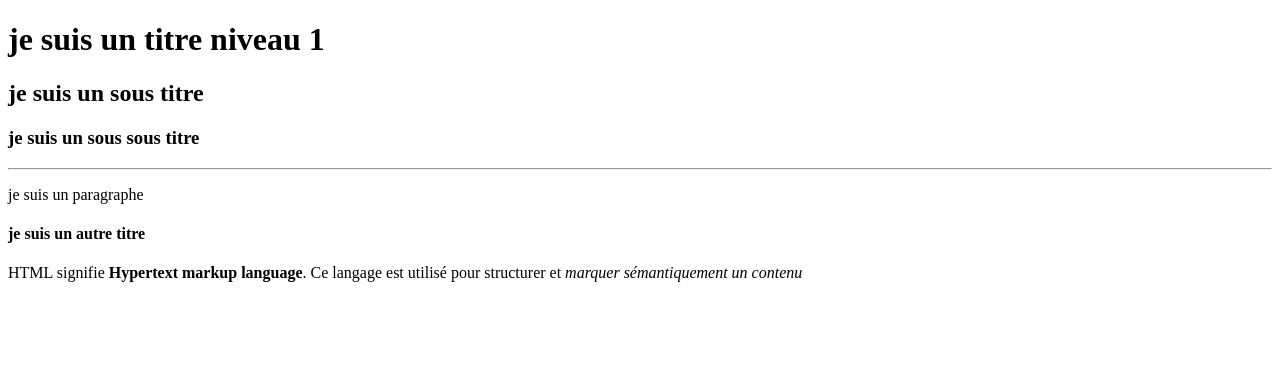
Repository: serviceshuios/Git-Aix-Web
Page: bases-html/WebContent/index.html
The author's editor kept a copy of each file at every save. The page is drawn from the files as they stood at one save, then again after the next save.
The browser window is 1280 px wide. The pictures show the whole page.

Above is the page before, as saved 2018-10-22 09:57:59.

After the next save:
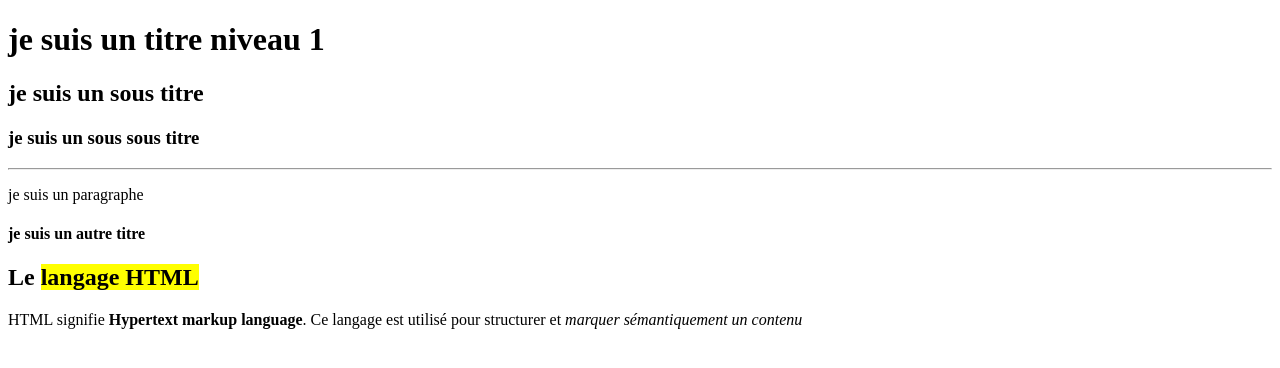
Saved 59 s later.
--- a/bases-html/WebContent/index.html
+++ b/bases-html/WebContent/index.html
@@ -14,6 +14,7 @@
 		<h4>je suis un autre titre</h4>
 
 		<!-- strong em et mark -->
+		<h2>Le <mark>langage HTML</mark></h2>
 		<p>
 			HTML signifie <strong>Hypertext markup language</strong>. Ce langage est utilisé pour
 			structurer et <em>marquer sémantiquement un contenu</em>
